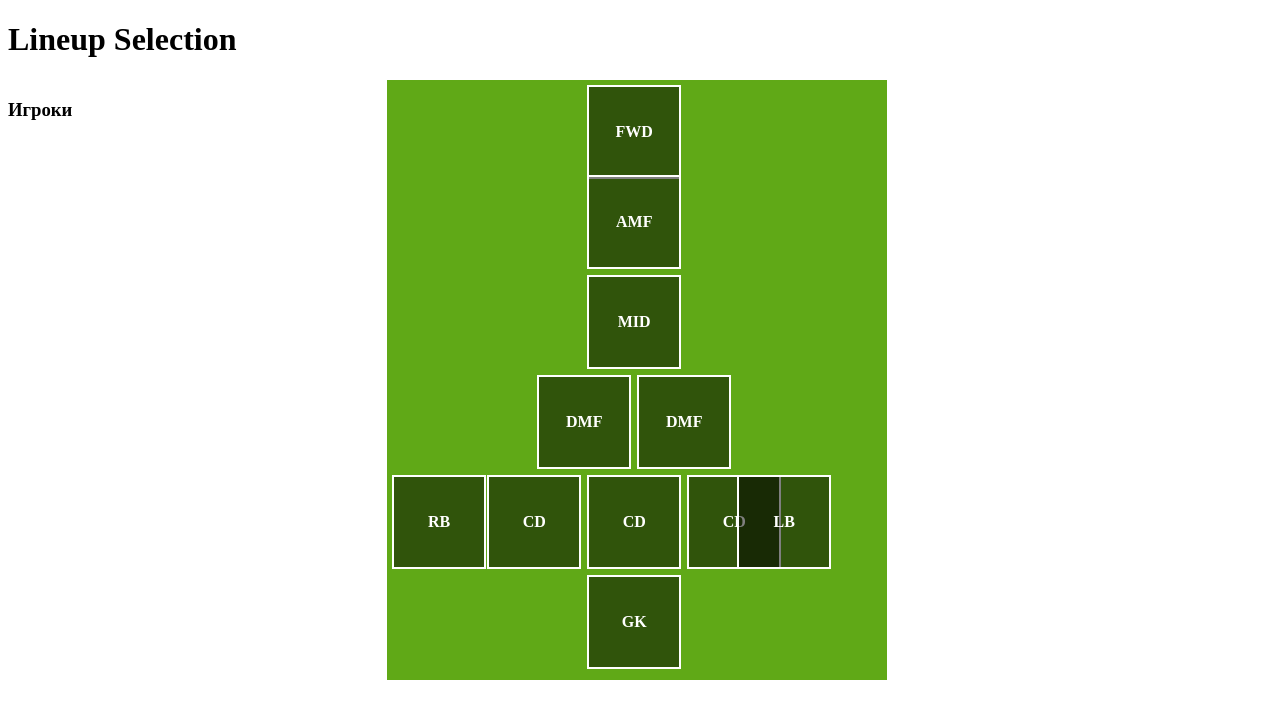
Repository: greatgreek73/soccergame
Page: http://localhost/lineup-selection/
An editor plug-in stored every save of this project. The page is shown before and after the next save, followed by the edit.
The browser window is 1280 px wide. The pictures show the whole page.
Some web libraries are served in a nearby version. The page is served by the project's application, run on Django 4.2 (manage.py). A made-up administrator, testuser (Test User, test@example.com), is signed in. Queries for data that is not in the repository find no rows.

Above is the page before, as saved 2024-04-19 20:15:01.

After the next save:
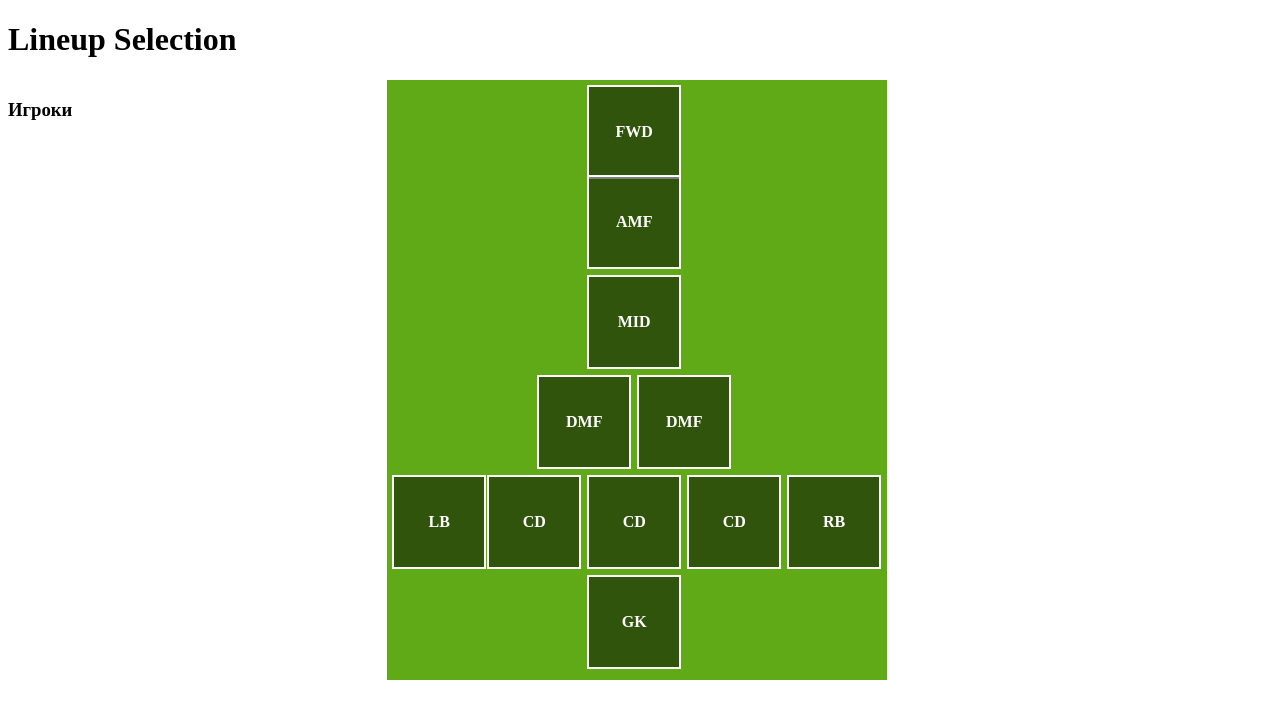
Saved 23 s later.
--- a/players/templates/lineup_selection.html
+++ b/players/templates/lineup_selection.html
@@ -181,8 +181,8 @@
             <div class="position" data-position="DEF" style="top: 395px; left: 200px;">CD</div>
             <div class="position" data-position="DEF" style="top: 395px; left: 300px;">CD</div>
             <div class="position" data-position="DEF" style="top: 395px; left: 100px;">CD</div>
-            <div class="position" data-position="RB" style="top: 395px; left: 5px;">RB</div>
-            <div class="position" data-position="LB" style="top: 395px; left: 350px;">LB</div>
+            <div class="position" data-position="RB" style="top: 395px; left: 400px;">RB</div>
+            <div class="position" data-position="LB" style="top: 395px; left: 5px;">LB</div>
             <div class="position" data-position="MID" style="top: 195px; left: 200px;">MID</div>
             <div class="position" data-position="FWD" style="top: 5px; left: 200px;">FWD</div>
             <div class="position" data-position="DMF" style="top: 295px; left: 250px;">DMF</div>
